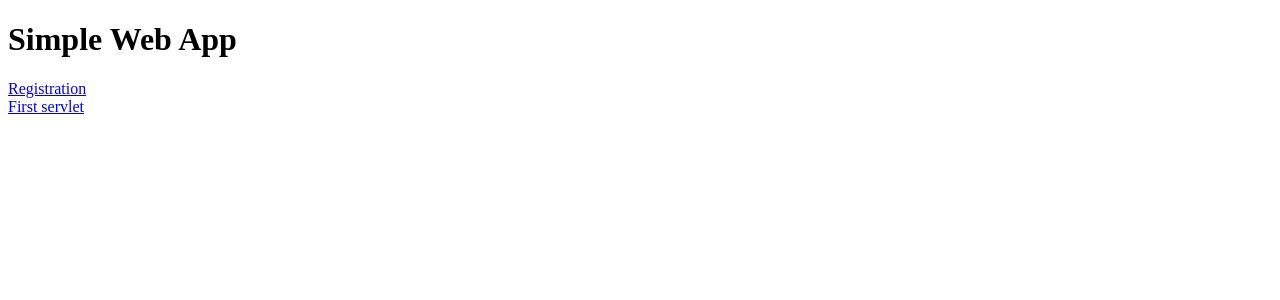
Repository: KritiDangi/JavaEEfullStack
Page: eclipse-workspace/Simple Web/WebContent/index.html
An editor plug-in stored every save of this project. The page is shown before and after the next save, followed by the edit.
The browser window is 1280 px wide. The pictures show the whole page.

Above is the page before, as saved 2018-07-27 06:07:37.

### eclipse-workspace/Simple Web/WebContent/index.html
<!DOCTYPE html>
<html>
<head>
<meta charset="ISO-8859-1">
<title>Simple web application</title>
</head>
<body>
<h1> Simple Web App</h1>
<a href="register.html">Registration</a> <!-- does  not go the engine. -->
<br>
<a href="first">First servlet</a> <!-- Hands over to the engine.Within engine , finds if there is an appropriate servlet-->
</body>
</html>

After the next save:
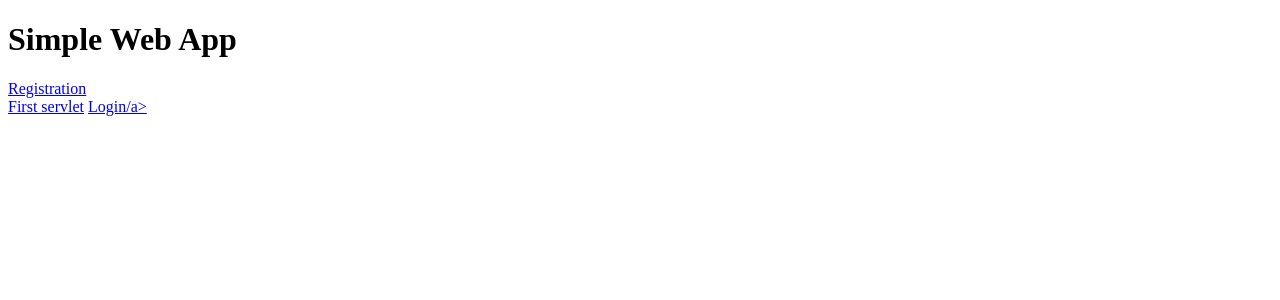
Saved 11 min 34 s later.
--- a/eclipse-workspace/Simple Web/WebContent/index.html
+++ b/eclipse-workspace/Simple Web/WebContent/index.html
@@ -9,5 +9,6 @@
 <a href="register.html">Registration</a> <!-- does  not go the engine. -->
 <br>
 <a href="first">First servlet</a> <!-- Hands over to the engine.Within engine , finds if there is an appropriate servlet-->
+<a href="login.html">Login/a>
 </body>
 </html>
